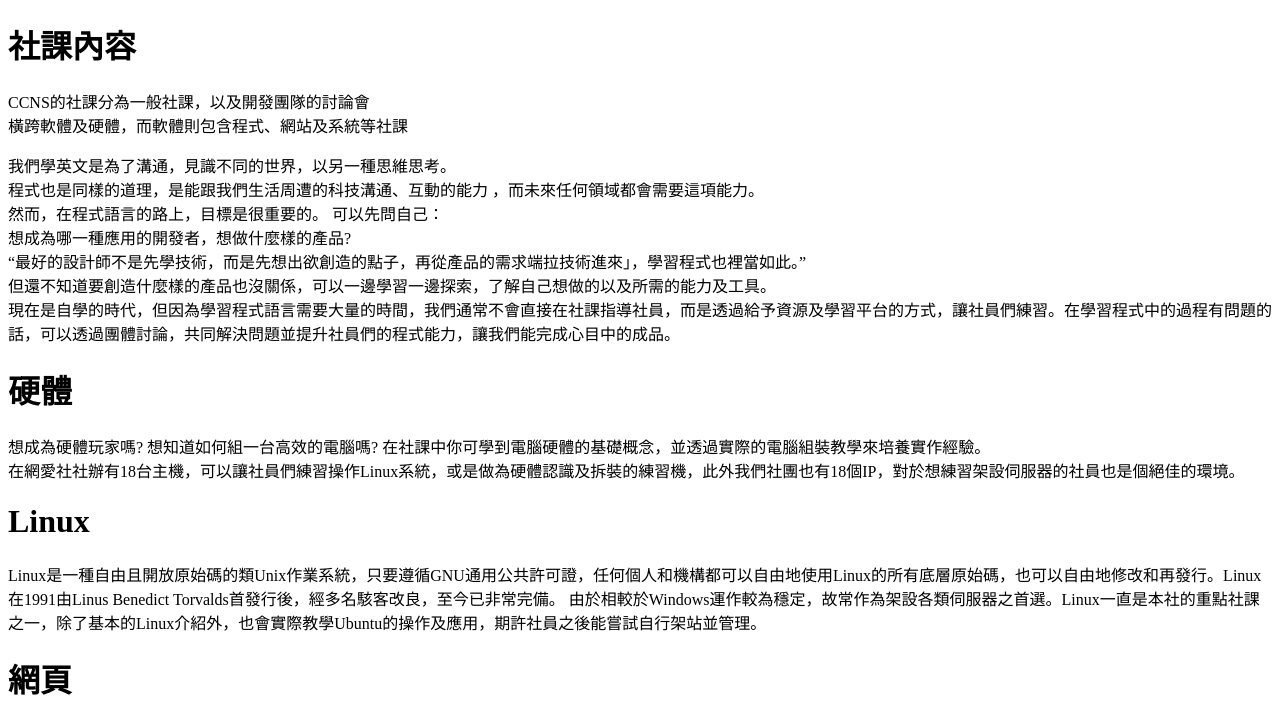
Repository: ccns/ccns_website
Page: classes.html
The author's editor kept a record of every edit. The page is drawn from the files as they stood at one moment, then again after the next edit.
The browser window is 1280 px wide. The pictures show the whole page.

Above is the page before.

### classes.html
<!DOCTYPE html>
<html>
<head>
	<div id="DivClubClassContent">
		<h1>社課內容</h1>
		<p>CCNS的社課分為一般社課，以及開發團隊的討論會
		<br>橫跨軟體及硬體，而軟體則包含程式、網站及系統等社課</p>

		<h1程式></h1>
		<p>我們學英文是為了溝通，見識不同的世界，以另一種思維思考。
		<br>程式也是同樣的道理，是能跟我們生活周遭的科技溝通、互動的能力 ，而未來任何領域都會需要這項能力。
		<br>然而，在程式語言的路上，目標是很重要的。 可以先問自己：
		<br>想成為哪一種應用的開發者，想做什麼樣的產品?
		<br>“最好的設計師不是先學技術，而是先想出欲創造的點子，再從產品的需求端拉技術進來」，學習程式也裡當如此。”
		<br>但還不知道要創造什麼樣的產品也沒關係，可以一邊學習一邊探索，了解自己想做的以及所需的能力及工具。
		<br>現在是自學的時代，但因為學習程式語言需要大量的時間，我們通常不會直接在社課指導社員，而是透過給予資源及學習平台的方式，讓社員們練習。在學習程式中的過程有問題的話，可以透過團體討論，共同解決問題並提升社員們的程式能力，讓我們能完成心目中的成品。
		</p>

		<h1>硬體</h1>
		<p></p>

		<h1></h1>
		<p>想成為硬體玩家嗎?  想知道如何組一台高效的電腦嗎?  在社課中你可學到電腦硬體的基礎概念，並透過實際的電腦組裝教學來培養實作經驗。
		<br>在網愛社社辦有18台主機，可以讓社員們練習操作Linux系統，或是做為硬體認識及拆裝的練習機，此外我們社團也有18個IP，對於想練習架設伺服器的社員也是個絕佳的環境。
		</p>

		<h1>Linux</h1>
		<p>Linux是一種自由且開放原始碼的類Unix作業系統，只要遵循GNU通用公共許可證，任何個人和機構都可以自由地使用Linux的所有底層原始碼，也可以自由地修改和再發行。Linux在1991由Linus Benedict Torvalds首發行後，經多名駭客改良，至今已非常完備。
由於相較於Windows運作較為穩定，故常作為架設各類伺服器之首選。Linux一直是本社的重點社課之一，除了基本的Linux介紹外，也會實際教學Ubuntu的操作及應用，期許社員之後能嘗試自行架站並管理。
		</p>

		<h1>網頁</h1>
		<p></p>












	</div>

</head>
<body>
</body>
</html>

After the next edit:
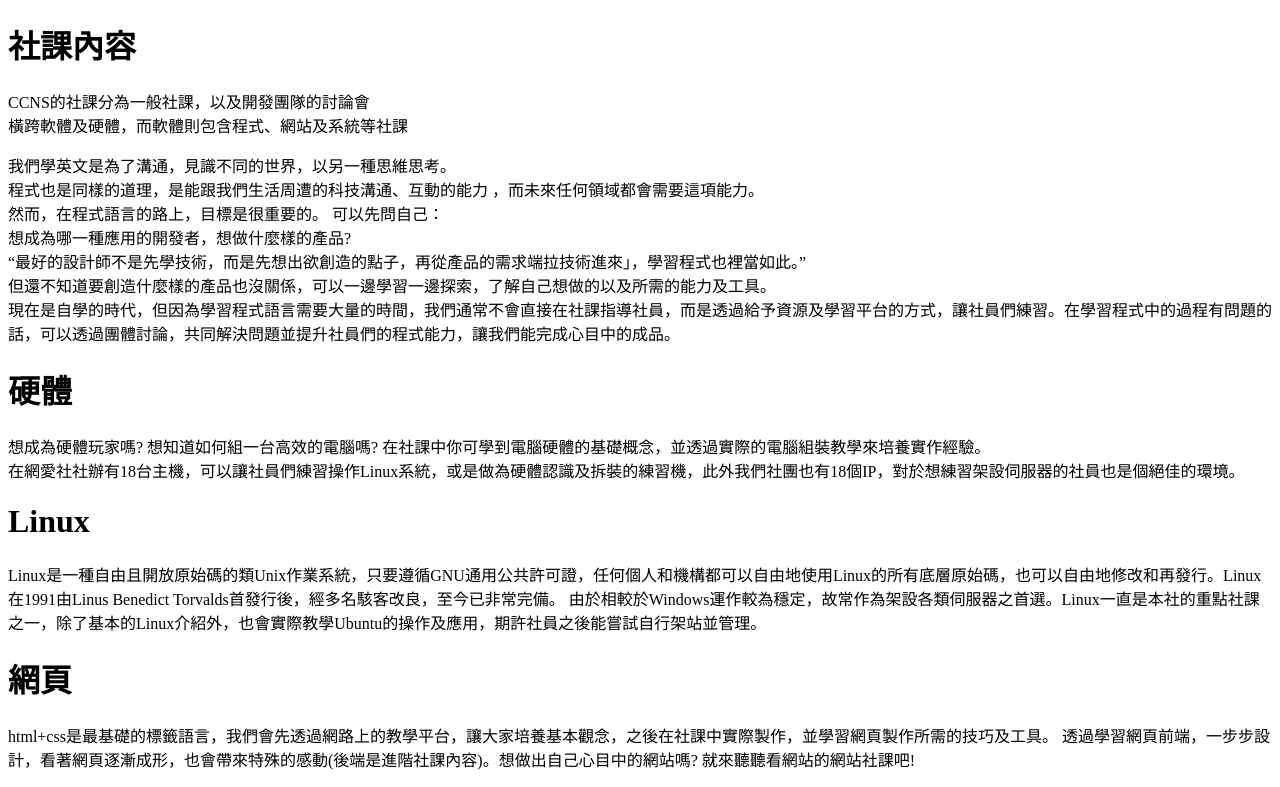
The edit:
--- a/classes.html
+++ b/classes.html
@@ -30,7 +30,8 @@
 		</p>
 
 		<h1>網頁</h1>
-		<p></p>
+		<p>html+css是最基礎的標籤語言，我們會先透過網路上的教學平台，讓大家培養基本觀念，之後在社課中實際製作，並學習網頁製作所需的技巧及工具。  透過學習網頁前端，一步步設計，看著網頁逐漸成形，也會帶來特殊的感動(後端是進階社課內容)。想做出自己心目中的網站嗎? 就來聽聽看網站的網站社課吧!
+		</p>
 
 
 
